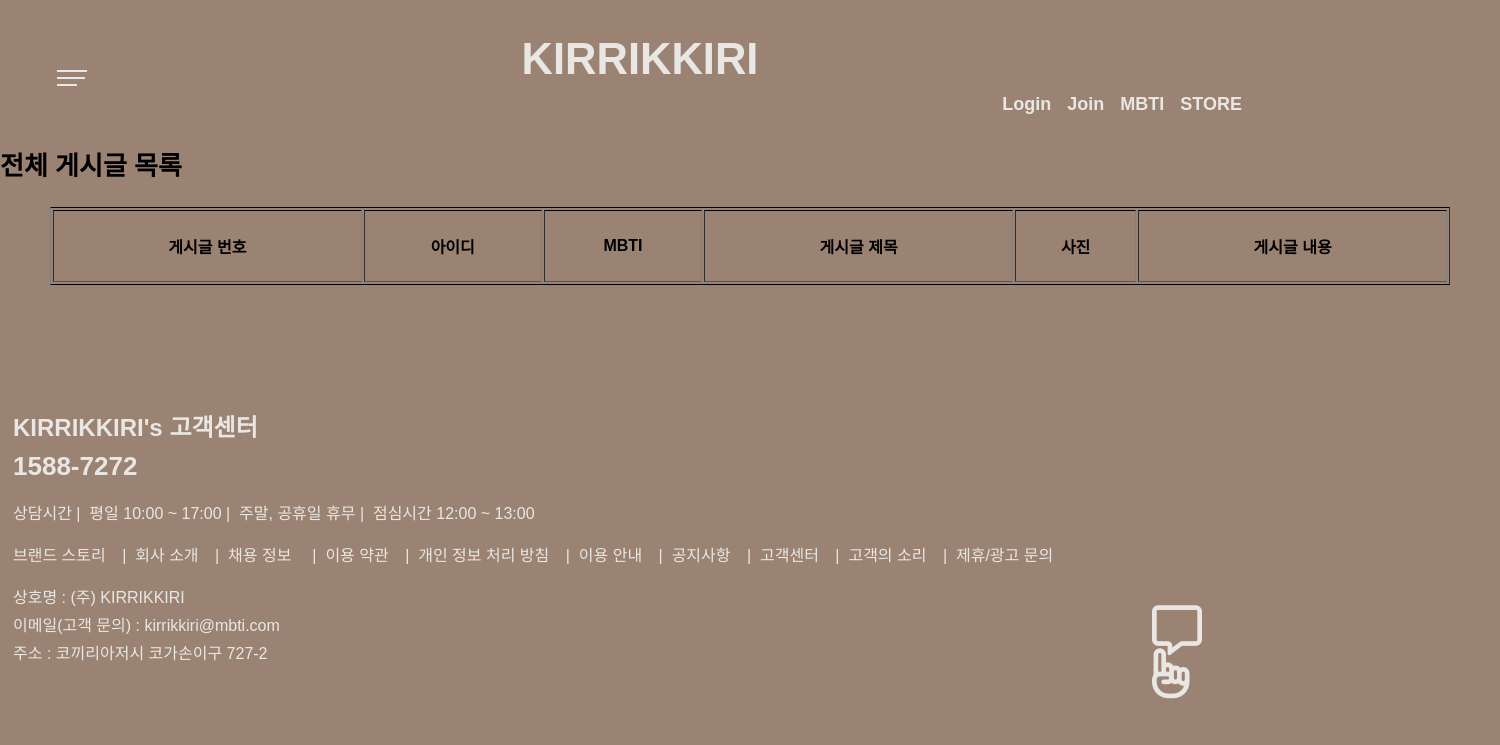
Repository: roditee/backend_mini_project
Page: http://localhost/spring_boot_backend_mini_project1/WEB-INF/views/post/postListView.jsp
An editor plug-in stored every save of this project. The page is shown before and after the next save, followed by the edit.
The browser window is 1280 px wide. The page is 1500 px wide, so the pictures cover 1500 px, including what lies to the right of the window. The pictures show the whole page.
Some web libraries are served in a nearby version. The page is served by Tomcat 9. Nobody is signed in. Other server files are loaded and not shown. The template is opened directly, without the code that normally fills it, so the values that code supplies are empty.

Above is the page before, as saved 2022-01-19 16:18:24.

### springProject_ex_workspace/spring_boot_backend_mini_project1/src/main/webapp/WEB-INF/views/post/postListView.jsp
<%@ page language="java" contentType="text/html; charset=UTF-8"
    pageEncoding="UTF-8"%>
<%@ taglib prefix="c" uri="http://java.sun.com/jsp/jstl/core" %>
<!DOCTYPE html>
<html>
	<head>
		<meta charset="UTF-8">
		<title>전체 게시글 목록</title>
		<link href="<c:url value='/css/postListView.css'/>" rel="stylesheet" type="text/css">
	</head>
	<body>
		<!-- top -->
		<jsp:include page="/WEB-INF/views/layout/top.jsp" flush='true'/>

		<section>
			<div id="postListBox">
				<h3>전체 게시글 목록</h3>

				<table border="1" width="900">

					<tr id="firstRow"><th>게시글 번호</th><th>아이디</th><th>MBTI</th><th>게시글 제목</th><th>사진</th><th>게시글 내용</th></tr>
				   <c:forEach items="${postList }" var="post">
				   	<tr class="rows"><td><a href="<c:url value='/post/detailViewPost/${post.postNo}'/>">${post.postNo }</a></td>
			   			<td>${post.memId }</td>
			   			<td>${post.memMbti }</td>
			   			<td>${post.postTitle }</td>
			   			<td>${post.postContent }</td>
			   			<td><img src="<c:url value='/images/${post.postNo}.jpg'/>" width="30" height="20"></td>
				   	</tr>
				   </c:forEach>
				</table>
			</div>
		</section>

		<!-- bottom -->
		<jsp:include page="/WEB-INF/views/layout/bottom.jsp" flush='true'/>
	</body>
</html>

### springProject_ex_workspace/spring_boot_backend_mini_project1/src/main/webapp/WEB-INF/views/layout/top.jsp
<%@ page language="java" contentType="text/html; charset=UTF-8"
    pageEncoding="UTF-8"%>
<%@ taglib prefix="c" uri="http://java.sun.com/jsp/jstl/core"%>
<!DOCTYPE html>
<html>
	<head>
	    <meta charset="UTF-8">
	    <meta http-equiv="X-UA-Compatible" content="IE=edge">
	    <meta name="viewport" content="width=device-width, initial-scale=1.0">
	    <title>KIRRIKKIRI : MBTI 기반 정보 공유</title>
	    <link href="<c:url value='/css/common.css'/>" rel="stylesheet" type="text/css">
	    <link href="<c:url value='/css/menu.css'/>" rel="stylesheet" type="text/css">
	    <link href="<c:url value='/css/mainBanner.css'/>" rel="stylesheet" type="text/css">
	    <link href="<c:url value='/css/section.css'/>" rel="stylesheet" type="text/css">
	    <link href="<c:url value='/css/productDetailView.css'/>" rel="stylesheet" type="text/css">
			<script src="<c:url value='/js/jquery-3.6.0.min.js'/>"></script>
			<script src="<c:url value='/js/main.js'/>"></script>
			<script src="<c:url value='/js/menu.js'/>"></script>
			<script src="<c:url value='/js/chatbot.js'/>"></script>
			<script src="<c:url value='/js/mainBanner.js'/>"></script>
			<script src="<c:url value='/js/zoomImage.js'/>"></script>
	    <script src="<c:url value='/js/mainImg.js'/>"></script>
	    <script src="<c:url value='/js/modal.js'/>"></script>
	    <script src="<c:url value='/js/moveScreen.js'/>"></script>
	    <script src="<c:url value='/js/selectBox.js'/>"></script>
	    <script src="<c:url value='/js/cart.js'/>"></script>
	    <script src="https://kit.fontawesome.com/2d323a629b.js" crossorigin="anonymous"></script>
    </head>
	<body>
		<header>
			<div id="header">
				<div id="mainLogo"><a href="<c:url value='/'/>"><h2>KIRRIKKIRI</h2></a></div>
            	<div id="userManageBtn">
            		<!-- 메뉴 : 로그인 하지 않은 경우  -->
								<c:if test="${empty sessionScope.sid }">
									<a href="<c:url value='/storeHome'/>">STORE</a>
									<a href="<c:url value='/mbtiInfo'/>">MBTI</a>
					                <a href="<c:url value='/join'/>">Join</a>
					                <a href="<c:url value='/login'/>">Login</a>
								</c:if>

								<!-- 메뉴 : 로그인 한 경우  -->
								<c:if test="${not empty sessionScope.sid}">
									<a href="<c:url value='/logout'/>">로그아웃</a>
									<a href="<c:url value='/product/cartList'/>">장바구니</a>
									<a href="<c:url value='/storeHome'/>">STORE</a>
									<a href="<c:url value='/mbtiInfo'/>">MBTI</a>
									<a href="<c:url value='/myFeed'/>">${sessionScope.sid}'s Feed</a>
								</c:if>

                </div>
            </div>
		</header>

        <nav>
            <div class="menu-btn">
                <div class="line line--1"></div>
                <div class="line line--2"></div>
                <div class="line line--3"></div>
            </div>

            <div class="nav-links">
                <ul id="menuGroup">
                    <li class="menu link"><a href="#">NOTICE</a>
                        <ul class="hide">
                            <li class="subMenu"><a href="<c:url value='/'/>">HOME</a></li>
                            <li class="subMenu"><a href="<c:url value='/'/>">공지사항</a></li>
                            <li class="subMenu"><a href="<c:url value='/'/>">EVENT</a></li>
                            <li class="subMenu"><a href="<c:url value='/'/>">FAQ</a></li>
                        </ul>
                    </li>
                    <li class="menu link"><a href="#">KIRRI'S</a>
                        <ul class="hide">
                            <li class="subMenu"><a href="#hotItemsSection">인기 게시글</a></li>
                            <li class="subMenu"><a href="#KIRRIRecommendSection">KIRRI 추천 게시글</a></li>
                            <li class="subMenu"><a href="<c:url value='/mbtiInfo'/>">MBTI 유형별 특징</a></li>
                        </ul>
                    </li>
                    <li class="menu link"><a href="#">FEED</a>
                        <ul class="hide">
                        		<li class="subMenu"><a href="<c:url value='/'/>">게시글 전체보기</a></li>
                            <li class="subMenu"><a href="<c:url value='/'/>">글쓰기</a></li>
                            <li class="subMenu"><a href="<c:url value='/'/>">검색</a></li>
                            <li class="subMenu"><a href="<c:url value='/'/>">???</a></li>
                        </ul>
                    </li>
                    <li class="menu link"><a href="#">mbti메뉴</a>
                        <ul class="hide">
                            <li class="subMenu"><a href="<c:url value='/'/>">INTJ</a></li>
                            <li class="subMenu"><a href="<c:url value='/'/>">INTP</a></li>
                            <li class="subMenu"><a href="<c:url value='/'/>">ENTJ</a></li>
                            <li class="subMenu"><a href="<c:url value='/'/>">ENTP</a></li>
                            <li class="subMenu"><a href="<c:url value='/'/>">INFJ</a></li>
                            <li class="subMenu"><a href="<c:url value='/'/>">INFP</a></li>
                            <li class="subMenu"><a href="<c:url value='/'/>">ENFJ</a></li>
                            <li class="subMenu"><a href="<c:url value='/'/>">ENFP</a></li>
                            <li class="subMenu"><a href="<c:url value='/'/>">ISTJ</a></li>
                            <li class="subMenu"><a href="<c:url value='/'/>">ISFJ</a></li>
                            <li class="subMenu"><a href="<c:url value='/'/>">ESTJ</a></li>
                            <li class="subMenu"><a href="<c:url value='/'/>">ESFJ</a></li>
                            <li class="subMenu"><a href="<c:url value='/'/>">ISTP</a></li>
                            <li class="subMenu"><a href="<c:url value='/'/>">ISFP</a></li>
                            <li class="subMenu"><a href="<c:url value='/'/>">ESTP</a></li>
                            <li class="subMenu"><a href="<c:url value='/'/>">ESFP</a></li>
                        </ul>
                    </li>
                </ul>
            </div>
        </nav>
	</body>
</html>

### springProject_ex_workspace/spring_boot_backend_mini_project1/src/main/webapp/WEB-INF/views/layout/bottom.jsp
<%@ page language="java" contentType="text/html; charset=UTF-8"
    pageEncoding="UTF-8"%>
<%@ taglib prefix="c" uri="http://java.sun.com/jsp/jstl/core" %>
<!DOCTYPE html>
<html>
	<head>
		<meta charset="UTF-8">
		<title>KIRRIKKIRI : MBTI 기반 정보 공유</title>
	</head>
	<body>
		<footer>
            <div id="footer">
                <div id="footerInfo">
                    <div id="info1">
                        <h2>KIRRIKKIRI's 고객센터</h2>
                        <h3>1588-7272</h3>
                    </div>
                    <div id="info2">
                        상담시간&nbsp;|&nbsp;
                        평일 10:00 ~ 17:00&nbsp;|&nbsp;
                        주말, 공휴일 휴무&nbsp;|&nbsp;
                        점심시간 12:00 ~ 13:00
                    </div>
                    <div id="info3">
                        <a href="<c:url value='/'/>">브랜드 스토리</a>&nbsp;|&nbsp;
                        <a href="<c:url value='/'/>">회사 소개</a>&nbsp;|&nbsp;
                        <a href="<c:url value='/'/>">채용 정보 </a>&nbsp;|&nbsp;
                        <a href="<c:url value='/'/>">이용 약관</a>&nbsp;|&nbsp;
                        <a href="<c:url value='/'/>">개인 정보 처리 방침</a>&nbsp;|&nbsp;
                        <a href="<c:url value='/'/>">이용 안내</a>&nbsp;|&nbsp;
                        <a href="<c:url value='/'/>">공지사항</a>&nbsp;|&nbsp;
                        <a href="<c:url value='/'/>">고객센터</a>&nbsp;|&nbsp;
                        <a href="<c:url value='/'/>">고객의 소리</a>&nbsp;|&nbsp;
                        <a href="<c:url value='/'/>">제휴/광고 문의</a>
                    </div>
                    <div id="info4">
                        상호명 : (주) KIRRIKKIRI<br/>
                        이메일(고객 문의) : kirrikkiri@mbti.com<br/>
                        주소 : 코끼리아저시 코가손이구 727-2
                    </div>
                </div>
                <div id="toTop">
                    <i id="toTopBtn" class="far fa-hand-point-up"></i>
                </div>
                <div id="chat">
                    <i id="chatbot" class="far fa-comment-alt"></i>
                </div>
            </div>
        </footer>
	</body>
</html>

### springProject_ex_workspace/spring_boot_backend_mini_project1/src/main/resources/static/css/postListView.css
#postListBox {
	width:1500px;
	margin: 0 auto;
}

h3 {
	font-size: 26px;
	margin-bottom: 45px;
    margin-top: 30px;
}

table {
	margin: 25px auto;
    width: 1400px;
    text-align: center;
    border-top: 1px solid black;
    border-bottom: 1px solid black;
}

#firstRow {
	height: 50px;
}

#firstRow > th {
	padding: 23px 0;
}

.rows {
	height: 40px;
}

### springProject_ex_workspace/spring_boot_backend_mini_project1/src/main/resources/static/css/common.css
* {
  margin: 0;
  padding: 0;
  box-sizing: border-box;
}

html {
  scroll-behavior: smooth;
}

html,
body {
  height: 100%;
}

body {
  background: #9b8373;
}
#wrap {
  width: 1500px;
  margin: 0 auto;
}

/************* Header ************/
#header {
  position: relative;
  width: 100%;
  height: 120px;
  background: #9b8373;
  text-align: center;
}

/* main logo */
#mainLogo {
  padding: 10px;
  margin-top: 25px;
}

#mainLogo a {
  text-decoration: none;
  color: #e9e7e3;
  margin-top: 17px;
  font-size: 29px;
}

#mainLogo h2 {
  display: inline;
}

/* btn */
#userManageBtn {
  margin-right: 30px;
}

#userManageBtn > a {
  float: right;
  color: #e9e7e3;
  text-decoration: none;
  font-size: 18px;
  font-weight: bold;
  padding: 0 8px;
}

#userManageBtn > a:hover {
  color: black;
}

/************* SearchBar ************/
#SearchBarBox {
  padding: 50px 0;
}

#SearchBar {
  display: flex;
  justify-content: space-evenly;
  align-items: center;
  width: 40%;
  height: 65px;
  font-size: 20px;
  background-color: #e0d0c0;
  border-radius: 50px;
  padding: 0 20px;
  margin: 0 auto;
}

#SearchBar > div:nth-child(2) {
  width: 80%;
}

#SearchBar:hover {
  background-color: rgb(209, 192, 175);
}

#searchBarInput {
  width: 100%;
  height: 40px;
  background: transparent;
  border: none;
  padding-left: 25px;
  font-size: 20px;
}

#searchBarInput:focus {
  outline: none;
}

#searchBtn {
	visibility: hidden;
}

#SearchBar i:hover {
  opacity: 0.5;
}

/* hotItems */

.mbtiItemsImg {
  box-shadow: 10px 10px 10px -5px rgba(25, 42, 70, 0.2);
  border-radius: 8px;
  margin: 0 10px;
  transition: 0.4s;
  flex-shrink: 0;
}

.mbtiItemsImg:hover {
  box-shadow: 10px 10px 10px 0px rgba(25, 42, 70, 0.2);
  transform: translate(0, -5px);
}

#hotItemsSection {
  margin-top: 145px;
}

.class-list {
  display: flex;
  list-style: none;
  padding: 1rem 0;
  margin: 0;
  overflow: none;
}

a {
  text-decoration-line: none;
}

.class-card {
  height: 300px;
  width: 200px;
  margin: 0 20px;
  transition: 0.4s;
  border-radius: 20px;
  box-shadow: 10px 10px 10px -5px rgba(25, 42, 70, 0.2);
  background-color: #947070;
  transition: 0.4s;
  flex-shrink: 0;
}

.class-card2 {
  height: 450px;
  width: 400px;
  margin: 0 20px;
  transition: 0.4s;
  border-radius: 20px;
  box-shadow: 10px 10px 10px -5px rgba(25, 42, 70, 0.2);
  background-color: #947070;
  transition: 0.4s;
  flex-shrink: 0;
}

.class-card3 {
  height: 450px;
  width: 315px;
  margin: 0 20px;
  transition: 0.4s;
  border-radius: 20px;
  box-shadow: 10px 10px 10px -5px rgba(25, 42, 70, 0.2);
  background-color:#947070;
  transition: 0.4s;
  flex-shrink: 0;
}

.class-card:hover {
  box-shadow: 10px 10px 10px 0px rgba(25, 42, 70, 0.2);
  transform: translate(0, -5px);
}

.class-card2:hover {
  box-shadow: 10px 10px 10px 0px rgba(25, 42, 70, 0.2);
  transform: translate(0, -5px);
}

.class-card3:hover {
  box-shadow: 10px 10px 10px 0px rgba(25, 42, 70, 0.2);
  transform: translate(0, -5px);
}

.class-image {
  max-width: 200px;
  border-radius: 8px 8px 0 0;
}

.class-image2 {
  max-width: 400px;
  max-height: 300px;
  border-radius: 8px 8px 0 0;
}

.class-image3 {
  max-width: 100%;
  height: auto;
}

.class-container {
  width: 100%;
  padding: 0.5rem 1rem 1rem 1rem;
}

.class-skill {
  display: flex;
  justify-content: space-between;
  align-items: center;
}

.class-type {
  font-size: 0.9rem;
  color: #e9e7e3;
}

.class-format {
  font-size: 0.9rem;
  color: #fff;
  background-color: #bd8f3c;
  padding: 0.2rem;
}

.class-desc {
  width: 100%;
  margin-top: 1rem;
  color: #e9e7e3;
}

.class-desc:hover {
  color: #f8b132;
}

.class-title {
  font-weight: bold;
  color: inherit;
  width: 100%;
  white-space: nowrap;
  overflow: hidden;
  text-overflow: ellipsis;
  margin-bottom: 0.5rem;
}

.class-detail {
  font-size: 0.9rem;
  color: inherit;
  line-height: 1.5rem;
}

/************* Footer ************/
#footer {
  margin-top: 150px;
  width: 100%;
  height: 400px;
  padding: 80px 13px 35px 13px;
  background: #9b8373;
}

/* info */
#info1 h3 {
  margin-top: 8px;
}

#footerInfo > div {
  margin-top: 18px;
  color:#e9e7e3;
}

#footer a {
  text-decoration: none;
  color: #e9e7e3;
  margin: 0 12px 0 0;
}

#info4 {
  line-height: 28px;
}

/* toTopBtn */
#toTopBtn {
  position: fixed;
  top: 90%;
  left: 90%;
  font-size: 50px;
  color:#e9e7e3;
}

#toTopBtn:hover {
  opacity: 0.7;
  cursor: pointer;
}

/* chatbot */
#chatbot {
  position: fixed;
  top: 84%;
  left: 90%;
  font-size: 50px;
  color:#e9e7e3;
}

#chatbot:hover {
  opacity: 0.7;
  cursor: pointer;
}

### springProject_ex_workspace/spring_boot_backend_mini_project1/src/main/resources/static/css/menu.css
/************* Menu ************/
nav {
  /* overflow: hidden; */
  position: relative;
  transform: translateX(-170px);
  width: 270px;
  transition: all 800ms cubic-bezier(0.8, 0, 0.33, 1);
  border-radius: 0% 0% 100% 50%;
}

nav.nav-open {
  transform: translateX(0px);
  border-radius: 0% 0% 0% 0%;
  background: rgba(255, 255, 255, 0.6);
  z-index: 10000;
}

nav .menu-btn {
  position: fixed;
  top: -80px;
  left: 84%;
  padding: 0;
  width: 30px;
  cursor: pointer;
  z-index: 2;
}

nav .menu-btn .line {
  padding: 0;
  width: 30px;
  background:#e9e7e3;
  height: 2px;
  margin: 5px 0;
  transition: all 700ms cubic-bezier(0.9, 0, 0.33, 1);
}

nav .menu-btn .line.line--1 {
  width: 30px;
  transform: rotate(0) translateY(0);
}

nav .menu-btn .line.line--1.line-cross {
  width: 30px;
  transform: rotate(45deg) translateY(10px);
  background: #e9e7e3;
}

nav .menu-btn .line.line--2 {
  width: 28px;
  transform: translateX(0);
}

nav .menu-btn .line.line--2.line-fade-out {
  width: 28px;
  transform: translate(30px);
  opacity: 0;
}

nav .menu-btn .line.line--3 {
  width: 20px;
  transform: rotate(0) translateY(0);
}

nav .menu-btn .line.line--3.line-cross {
  width: 30px;
  transform: rotate(-45deg) translateY(-10px);
  background: #e9e7e3;
}

nav .nav-links {
  position: absolute;
  left: 0;
  top: 0;
  width: 100%;
  height: 100%;
  display: flex;
  flex-direction: column;
  justify-content: center;
  transform: translateX(-100px);
  opacity: 0;
  transition: all 900ms cubic-bezier(0.9, 0, 0.33, 1);
}

nav .nav-links.fade-in {
  opacity: 1;
  transform: translateX(0px);
}

nav .nav-links .link {
  margin: 20px 0 30px 0;
  text-decoration: none;
  font-family: sans-serif;
  color: #e9e7e3;
  font-weight: 700;
  text-transform: uppercase;
  font-size: 10px;
  transition: all 300ms cubic-bezier(0.9, 0, 0.33, 1);
}

nav .nav-links .link:hover {
  color: #e9e7e3;
}

.link a {
  margin: 0 20px;
  color: rgb(70, 53, 40);
  font-size: 18px;
  transition: all 400ms ease;
  font-size: 18px;
}

a:hover {
  color: #8b6452;
}

#subMenuList {
  list-style: none;
}

#menuGroup {
  list-style: none;
  position: absolute;
  top: -100px;
  background: #e0d0c0;
  z-index: 100;
  border-top-right-radius: 78px;
  border-bottom-right-radius: 78px;
  width: 205px;
}

.menu .hide {
  display: none;
}

.hide {
  list-style: none;
  padding-left: 10px;
  padding-top: 4px;
}

.subMenu {
  margin-bottom: 3px;
}

.subMenu > a {
  text-decoration: none;
}

### springProject_ex_workspace/spring_boot_backend_mini_project1/src/main/resources/static/css/mainBanner.css
/* mainBanner.css */

#mainBanner {
  position: relative;
  width: 100%;
  height: 570px;
  background: #f4f2f1;
  z-index: -100;
}

/* 폰트 적용 */
@import url(//fonts.googleapis.com/earlyaccess/notosanskr.css);

html {
  font-family: "Noto Sans KR", sans-serif;
}

/* 노말라이즈 */
body,
ul,
li,
h1,
h2,
h3,
h4,
h5 {
  margin: 0;
  padding: 0;
  list-style: none;
}

a {
  color: inherit;
  text-decoration: none;
}

/* 커스텀 */

/* 슬라이더 1 시작 */
.slider-1 {
  height: 400px;
  position: relative;
}

/* 슬라이더 1 - 페이지 버튼 */
.slider-1 > .page-btns {
  text-align: center;
  position: absolute;
  bottom: 20px;
  left: 0;
  width: 100%;
}

.slider-1 > .page-btns > div {
  width: 20px;
  height: 20px;
  background-color: rgba(255, 255, 255, 0.5);
  border-radius: 4px;
  display: inline-block;
  cursor: pointer;
}

.slider-1 > .page-btns > div.active {
  background-color: rgba(255, 255, 255, 1);
}

/* 슬라이더 1 - 슬라이드 */

.slider-1 > .slides > div {
  position: absolute;
  top: 0;
  left: 0;
  right: 0;
  bottom: 0;
  opacity: 0;
  transition: opacity 0.3s;
  background-position: center;
  background-size: cover;
  background-repeat: no-repeat;
}

.slider-1 > .slides > div.active {
  opacity: 1;
}

/* 슬라이더 좌우 버튼 */
.slider-1 > .side-btns > div {
  position: absolute;
  top: 0;
  left: 0;
  width: 25%;
  height: 100%;
  cursor: pointer;
}
.slider-1 > .side-btns > div:last-child {
  left: auto;
  right: 0;
}
.slider-1 > .side-btns > div > span {
  position: absolute;
  top: 50%;
  left: 20px;
  transform: translatey(-50%);
  background-color: white;
  opacity: 0.5;
  padding: 1px 13px;
  border-radius: 50px;
  font-size: 25px;
}
.slider-1 > .side-btns > div:last-child > span {
  left: auto;
  right: 20px;
}

/* 슬라이더 1 끝 */

/************* prev/next Button ************/
#prevNextBtnGroup {
  position: relative;
  z-index: 10;
}

#prevBtn {
  position: absolute;
  top: 240px;
  left: 2%;
  width: 65px;
  opacity: 0.6;
  cursor: pointer;
  color: red;
}

#nextBtn {
  position: absolute;
  top: 240px;
  right: 2%;
  width: 65px;
  opacity: 0.6;
  cursor: pointer;
  color: red;
}

#prevBtn:hover {
  opacity: 0.8;
}
#nextBtn:hover {
  opacity: 0.8;
}

/************* slideBanner ************/
#slideBannerGroup {
  width: 100%;
  height: 530px;
  overflow: hidden;
  text-align: center;
}

#slideBanner {
  position: relative;
  width: 7500px;
  height: 530px;
}

.bannerItems {
  float: left;
  width: 1500px;
  height: 530px;
}

/************* 배너 하단 control Button ************/
#bannerControlGroup {
  margin: 0 auto;
  width: 160px;
  text-align: center;
}

.bannerControl {
  margin: 15px 5px 0 5px;
  width: 12px;
  height: 12px;
}

### springProject_ex_workspace/spring_boot_backend_mini_project1/src/main/resources/static/css/section.css
/************* Section ************/

/************* MBTI Category ************/
#mbtiCtgGroup {
  width: 100%;
  height: 300px;
  margin-top: 40px;
  background: #9b8373;
  height: 205px;
  padding: 23px 0;
}

.mbtiCtg {
  display: flex;
  list-style: none;
  justify-content: space-evenly;
  margin: 17px 70px 0px 70px;
}

.mbtiItemsImg > img {
  width: 63px;
  height: 63px;
  border-radius: 16px;
}

.mbtiItemsImg > img:hover {
  opacity: 0.6;
}

.mbtiCtgItems a {
  color: #e9e7e3;
  text-decoration: none;
  font-weight: bold;
}

.mbtiItemsText {
  text-align: center;
}

/************* 인기 게시글 ************/
#hotItemsSection {
  width: 100%;
  background: #9b8373;
  padding: 35px 0;
}

#hotItemsSection > h2 {
  padding: 0px 13px 13px 38px;
  color: #e9e7e3;
}

.hotItemGroup {
  display: flex;
  justify-content: space-evenly;
}

.hotItems {
  width: 200px;
  height: 250px;
  border-radius: 20px;
  background: white;
  margin: 10px 0;
}

.hotItems:hover {
  opacity: 0.8;
}

/************* 추천게시글 ************/
#KIRRIRecommendSection, #KIRRIGoodsSection {
  width: 100%;
  height: 450px;
  background: #9b8373;
  padding: 35px 0;
  margin-bottom: 90px;
  padding-top: 75px;
}

#KIRRIRecommendSection h2, #KIRRIGoodsSection h2 {
  padding: 0px 13px 13px 38px;
  color:#e9e7e3;
}
.KIRRIRecommendGroup, .KIRRIGoodsGroup {
  display: flex;
  justify-content: space-evenly;
}

.KIRRIRecommendItems {
  width: 400px;
  height: 350px;
  border-radius: 20px;
  background: white;
  margin: 10px 0;
}

.KIRRIRecommendItems:hover {
  opacity: 0.8;
}

Loaded but not shown: springProject_ex_workspace/spring_boot_backend_mini_project1/src/main/resources/static/js/jquery-3.6.0.min.js (library); springProject_ex_workspace/spring_boot_backend_mini_project1/src/main/resources/static/js/mainImg.js (65 lines, source omitted); springProject_ex_workspace/spring_boot_backend_mini_project1/src/main/resources/static/js/zoomImage.js (106 lines, source omitted); springProject_ex_workspace/spring_boot_backend_mini_project1/src/main/resources/static/js/mainBanner.js (70 lines, source omitted); springProject_ex_workspace/spring_boot_backend_mini_project1/src/main/resources/static/js/cart.js (62 lines, source omitted); springProject_ex_workspace/spring_boot_backend_mini_project1/src/main/resources/static/js/menu.js (28 lines, source omitted); springProject_ex_workspace/spring_boot_backend_mini_project1/src/main/resources/static/js/chatbot.js (33 lines, source omitted); springProject_ex_workspace/spring_boot_backend_mini_project1/src/main/resources/static/js/modal.js (17 lines, source omitted); springProject_ex_workspace/spring_boot_backend_mini_project1/src/main/resources/static/js/moveScreen.js (17 lines, source omitted); springProject_ex_workspace/spring_boot_backend_mini_project1/src/main/resources/static/js/selectBox.js (13 lines, source omitted); springProject_ex_workspace/spring_boot_backend_mini_project1/src/main/resources/static/js/main.js (8 lines, source omitted); springProject_ex_workspace/spring_boot_backend_mini_project1/src/main/resources/static/css/productDetailView.css (528 lines, source omitted)

After the next save:
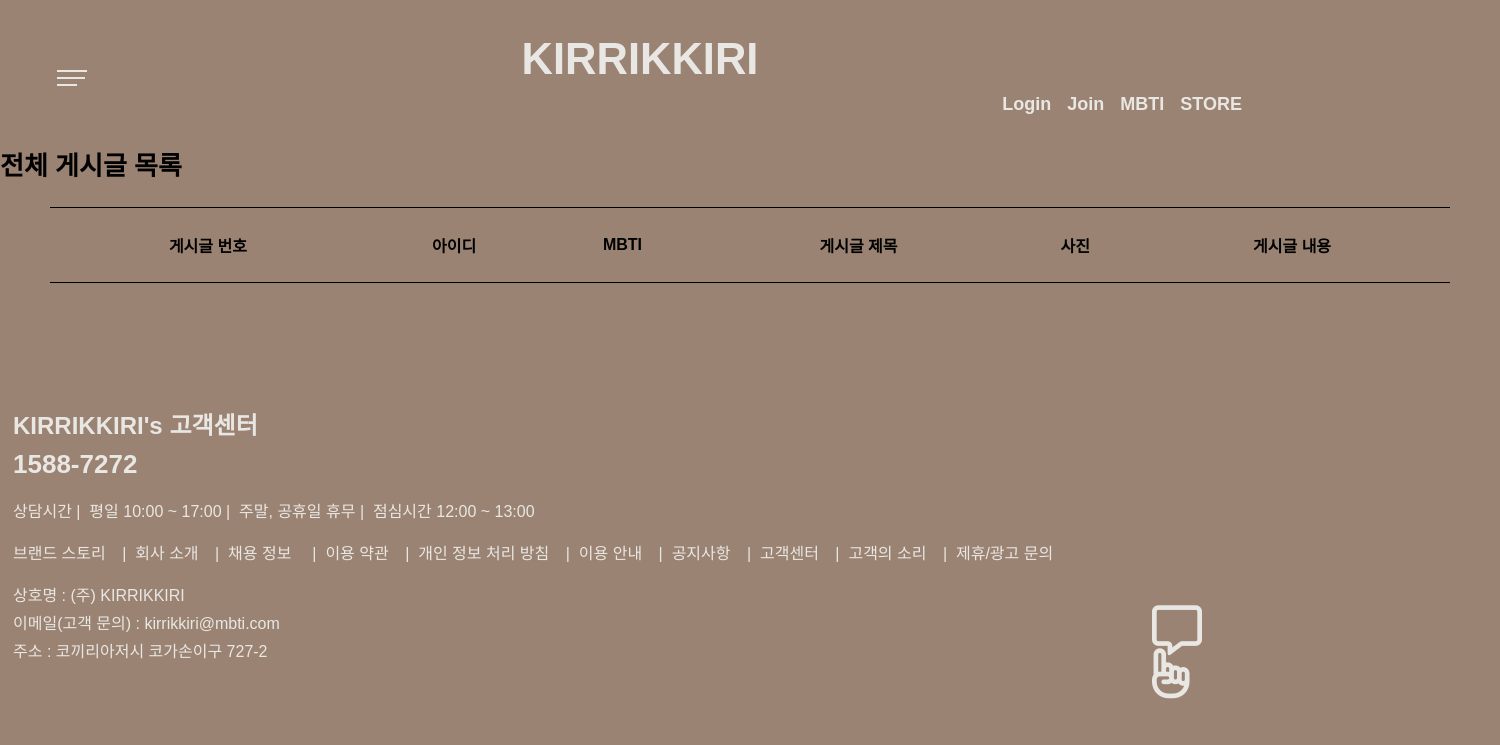
Saved 95 s later.
--- a/springProject_ex_workspace/spring_boot_backend_mini_project1/src/main/webapp/WEB-INF/views/post/postListView.jsp
+++ b/springProject_ex_workspace/spring_boot_backend_mini_project1/src/main/webapp/WEB-INF/views/post/postListView.jsp
@@ -16,7 +16,7 @@
 			<div id="postListBox">
 				<h3>전체 게시글 목록</h3>
 
-				<table border="1" width="900">
+				<table width="900">
 
 					<tr id="firstRow"><th>게시글 번호</th><th>아이디</th><th>MBTI</th><th>게시글 제목</th><th>사진</th><th>게시글 내용</th></tr>
 				   <c:forEach items="${postList }" var="post">
